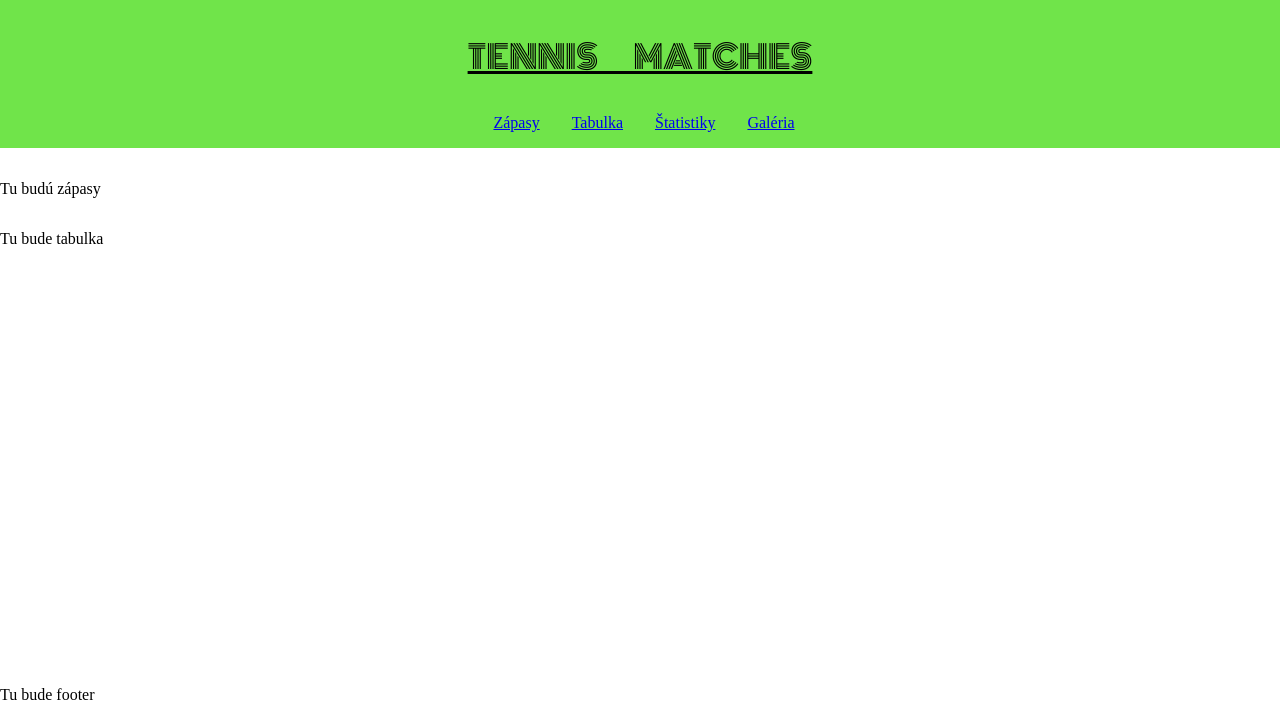
Repository: Badynko/tenis-app
Page: /
These files come from the project's save history. The page is drawn as it stood at one moment and after the next save; the edit follows.
The browser window is 1280 px wide. The pictures show the whole page.
The project was rebuilt for these pictures with package versions that can differ from the ones it lists, and the page was loaded fresh each time.

Above is the page before, as saved 2024-07-10 15:38:57.

After the next save:
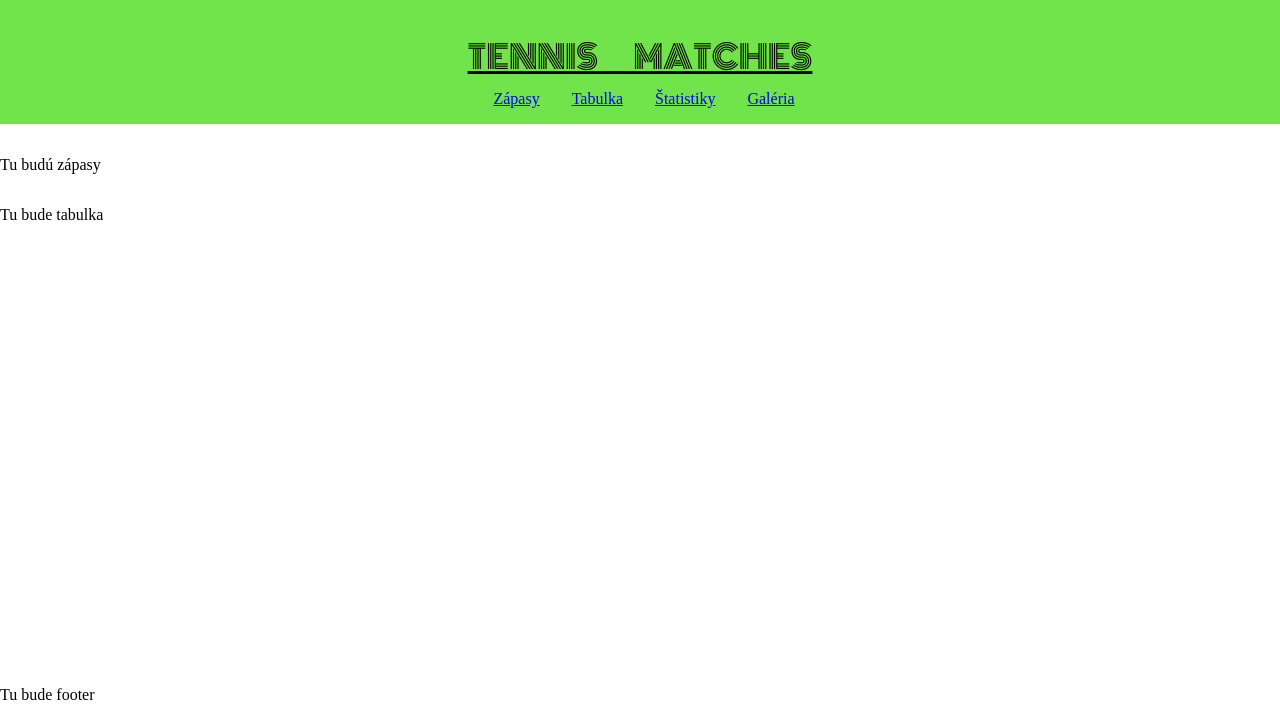
Saved 18 s later.
--- a/src/index.css
+++ b/src/index.css
@@ -29,7 +29,8 @@ h1 {
   font-size: 2rem;
   text-transform: uppercase;
   font-weight: 400;
-  padding: 2rem 0;
+  padding-top: 2rem;
+  padding-bottom: 0.5rem;
 }
 
 .menu {
